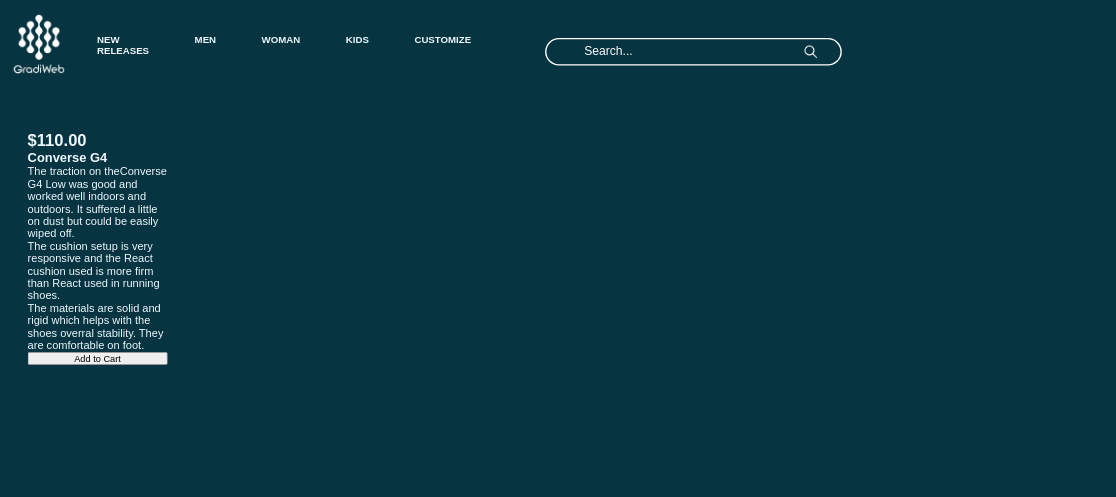
Repository: Cherced/Gradiweb
Page: /
These files come from the project's save history. The page is drawn as it stood at one moment and after the next save; the edit follows.
The browser window is 1280 px wide. The page is 1280 px wide, then 1618 px, then 1280 px, so the pictures cover 1618 px, including what lies to the right of the window. The pictures show the whole page, at 69% of full size.
The project was rebuilt for these pictures with package versions that can differ from the ones it lists, and the page was loaded fresh each time. The framework's server and built-in components were replaced by stand-ins that run in the browser.

Above is the page before, as saved 2022-07-07 19:56:32.

### pages/_app.js
import '../sass/global.scss'

function MyApp({ Component, pageProps }) {

  return <Component {...pageProps} />

}

export default MyApp

### pages/_document.js
import Document, { Html, Head, Main, NextScript } from 'next/document'

export default class MyDocument extends Document {
  render() {
    return (
      <Html>
        <Head />
        <body>
          <Main />
          <div id="myportal"></div>
          <NextScript />
        </body>
      </Html>
    )
  }
}

### pages/index.js
import React from 'react'
import { Header } from '../components/molecules/Header'
import {Main} from '../components/molecules/Main'

const Index = () => {
  return (
    <section className="Corpus">
    <Header/>
    <Main/>
    </section>
  )
}

export default Index

### sass/global.scss
@import './settings';
@import './pages/index';

### components/molecules/Header.jsx
import React from 'react'
import {NavBar} from '../atoms/header/NavBar'
import {SearchBar} from '../atoms/header/SearchBar'

export const Header = () => {
  return (
    <header className="header">
        <NavBar/>
        <SearchBar/>
    </header>
  )
}

### components/molecules/Main.jsx
import React from 'react'
import {ProductContainer} from '../atoms/main/ProductContainer'
import {ProductDescription} from '../atoms/main/ProductDescription'
import {ProductCarrousel} from '../atoms/main/ProductCarrousel'

export const Main = () => {
  return (
    <>
    <main className="main">
        <section className="main__description--container">
        <ProductDescription/>
        </section>
        <section className="main__product--container">
        <ProductContainer/>
        </section>
    </main>
    <section className="main__carrousel--container">
        <ProductCarrousel/>
    </section>
    </>

  )
}

### sass/_settings.scss
$pinky-red: #FF6F73;
$dark-blue: #063440;
$ligth-green: #00CFB3;

*{
    box-sizing: border-box;
    margin: 0;
    padding: 0;
}

body{
    font-family: 'Source Sans Pro', sans-serif;
    background-color: $dark-blue;
    position: relative;
    z-index: 1;
    overflow-x: hidden;
    color:aliceblue;
}

### sass/pages/_index.scss
@import '../components/molecules/header';
@import '../components/molecules/main';
@import '../components/molecules/footer';

### sass/components/molecules/_header.scss
@import '../atoms/header/navBar';
@import '../atoms/header/searchBar';

header {
    margin-top: 20px;
    width: 100%;
    height: 90px;
    display: flex;
}

### sass/components/atoms/header/_navBar.scss
.navBar__container{
    display: flex;
    width: 50%;
    .navBar__container--image{
        margin-left: 20px;
    }
    .header__nav{
        width: 80%;
        display: flex;
        align-items: center;
        justify-content: space-between;
        .header__nav--list{
            display: flex;
            width: 100%;
            list-style: none;
            .header__list--item{
                text-decoration: none;
                margin-left: 30px;
                width: auto;
                a{
                    color: aliceblue;
                    text-decoration: none;
                    height: inherit;
                    display: flex;
                    padding: 0 18px;
                    text-transform: uppercase;
                    font-weight: 600;
                    font-size: 14px;
                    cursor: pointer;
                }
                :hover{
                    color: gold;
                }
            }
        }
    }
}

### sass/components/atoms/header/_searchBar.scss
.searchBar__container {
    width: 50%;
    display: flex;
    align-items: center;
    margin-left: 20px;
    margin-top: 20px;
    position: relative;
    z-index: 3;
    flex-direction: row;
    justify-content: flex-end;
    margin-right: 60px;

.header-input-container {
    width: 430px;
    height: 40px;
    border: 2px solid white;
    display: flex;
    justify-content: center;
    align-items: center;
    border-radius: 50px;
}

.header-input-container input {
    padding-left: 20px;
    height: 100%;
    width: 80%;
    border: none;
    outline: none;
    background: transparent;
    color: aliceblue;
}

.header-input-container input::placeholder {
    padding: 0 10px;
    color: white;
    font-size: 1.1rem;
}

.search-icon {
    display: inline-block;
    background-image: url('../../../../public/images/icons/lupa.png');
    width: 18px;
    height: 18px;
    background-position: center;
    background-size: contain;
    background-repeat: no-repeat;
    padding: 0 18px;
}

}

### sass/components/molecules/_main.scss
@import '../atoms/main/productContainer';
@import '../atoms/main/productDescription';

main {
    width: 100%;
    display: flex;
    .main__description--container{
        width: 250px;
        height: auto;
        display: flex;
        margin-block-start: 80px;
        margin-inline-start: 40px;
        flex-direction: column;
        margin-bottom: 70px;
    }
    .main__product--container{
        width: 100%;
        min-height: 320px;
        text-align: center;
        position: relative;
        z-index: 3;
    }
    .main__carrousel--container{

    }
}

### sass/components/atoms/main/_productDescription.scss
.pinky-background {
    width: 45vw;
    height: 200vh;
    background: $pinky-red;
    position: absolute;
    z-index: 0;
    box-shadow:0 1px 6px 0 black;
    top: 0;
    right: -250px;
    transform: skew(7deg);
}

### components/atoms/header/NavBar.jsx
import React from 'react'

export const NavBar = () => {
  return (
    <div className="navBar__container" aria-label="header navegation container">
    <img className="navBar__container--image" src="/images/logo-white.png" alt="Logo Converse" />
    <nav className="header__nav">
      <ul className="header__nav--list">
        <li className="header__list--item"><a href="#">New Releases</a></li>
        <li className="header__list--item"><a href="#">Men</a></li>
        <li className="header__list--item"><a href="#">Woman</a></li>
        <li className="header__list--item"><a href="#">Kids</a></li>
        <li className="header__list--item"><a href="#">Customize</a></li>
      </ul>
    </nav>
  </div>
  )
}

### components/atoms/header/SearchBar.jsx
import React from 'react'

export const SearchBar = () => {
  return (
    <div className="searchBar__container" aria-label="container search bar">
    <div className="header-input-container">
    <input type="text" placeholder="Search..." />
    <span className="search-icon" />
    </div>
     <div className="cart-icon"><a href /></div>
    </div>
  )
}

### components/atoms/main/ProductContainer.jsx
import React from 'react'

export const ProductContainer = (props) => {
  return (
    <div class="main-product-picture">
        <div class="main-picture">
            <img src={props.img} alt={props.alt}/>
        </div>
    </div>
  )
}

### components/atoms/main/ProductDescription.jsx
import React from 'react'

export const ProductDescription = () => {
  return (
    <>
    <div classname="pinky-background"></div>
    <h2 className="main-price">$110.00</h2>
    <h1 className="main-title">Converse <span>G4</span></h1>
    <div className="main-rank">
        <span className="star-icon" />
        <span className="star-icon" />
        <span className="star-icon" />
        <span className="star-icon" />
        <span className="star-icon" />
    </div>
    <article class="main-product-description">
        <p>The traction on theConverse G4 Low was good and worked well indoors and outdoors. It suffered a little on dust but could be easily wiped off.</p>
        <p>The cushion setup is very responsive and the React cushion used is more firm than React used in running shoes.</p>
        <p>The materials are solid and rigid which helps with the shoes overral stability. They are comfortable on foot.</p>
    </article>
    <button class="cart-button" href="www.google.com">Add to Cart</button>
    </>
  )
}

### components/atoms/main/ProductCarrousel.jsx
import React from 'react'

export const ProductCarrousel = () => {
  return (
    <div>

    </div>
  )
}

Loaded but not shown: sass/components/atoms/main/_productContainer.scss (no stored copy; drawn as an empty file); sass/components/molecules/_footer.scss (no stored copy; drawn as an empty file)

After the next save:
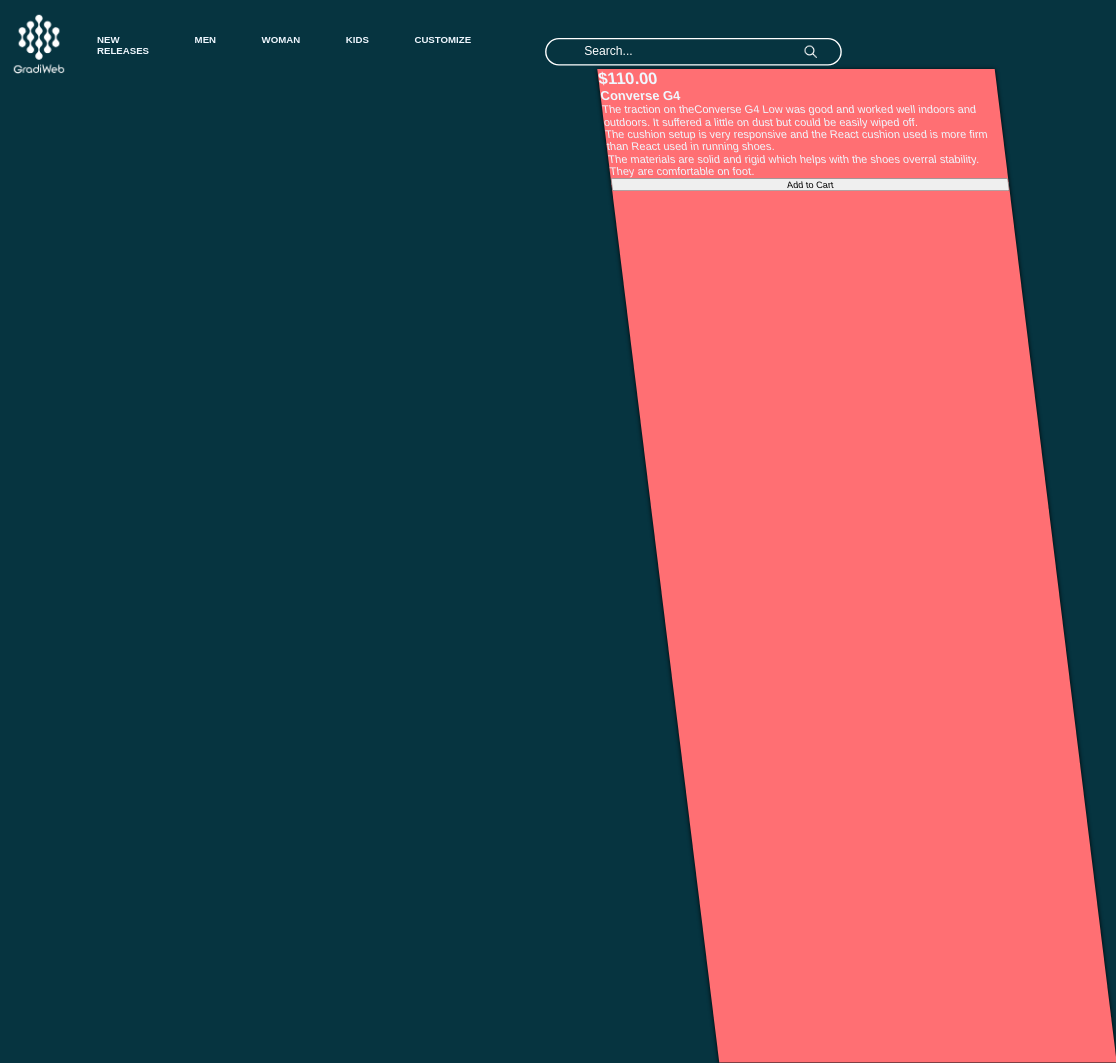
Saved 52 s later.
--- a/sass/components/molecules/_main.scss
+++ b/sass/components/molecules/_main.scss
@@ -12,6 +12,15 @@
         margin-inline-start: 40px;
         flex-direction: column;
         margin-bottom: 70px;
+        width: 45vw;
+        height: 200vh;
+        background: $pinky-red;
+        position: absolute;
+        z-index: 0;
+        box-shadow:0 1px 6px 0 black;
+        top: 0;
+        right: -250px;
+        transform: skew(7deg);
     }
     .main__product--container{
         width: 100%;

After the save that followed:
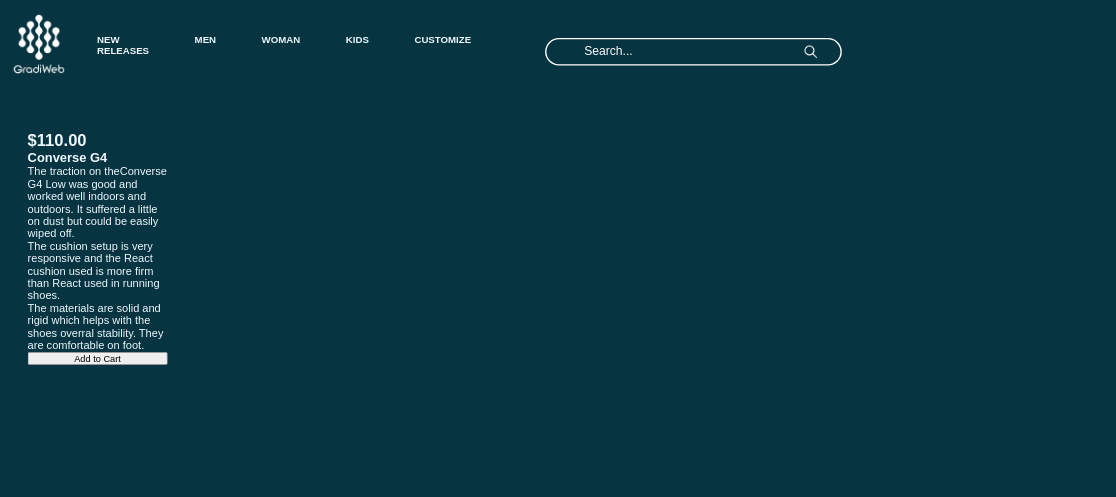
Saved 6 s later.
--- a/sass/components/molecules/_main.scss
+++ b/sass/components/molecules/_main.scss
@@ -12,15 +12,7 @@
         margin-inline-start: 40px;
         flex-direction: column;
         margin-bottom: 70px;
-        width: 45vw;
-        height: 200vh;
-        background: $pinky-red;
-        position: absolute;
-        z-index: 0;
-        box-shadow:0 1px 6px 0 black;
-        top: 0;
-        right: -250px;
-        transform: skew(7deg);
+
     }
     .main__product--container{
         width: 100%;
